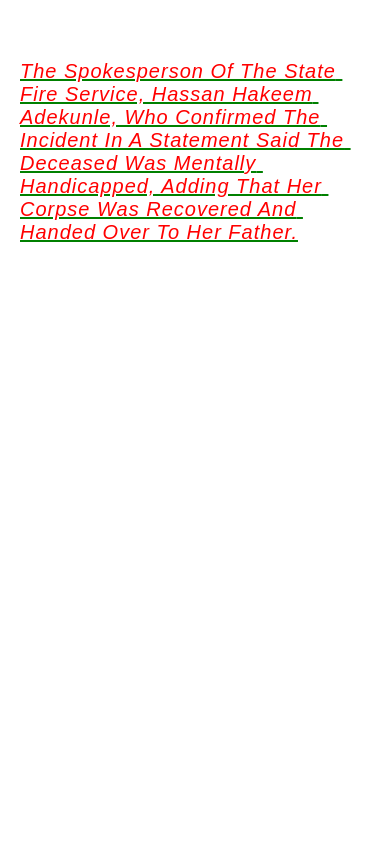
Repository: akinmiday/ReactNativeApp
Screen: /
An editor plug-in stored every save of this project. The screen is shown before and after the next save, followed by the edit.
The app was drawn by React Native's web renderer in a window 390 px wide. The project was rebuilt for these pictures with package versions that can differ from the ones it lists, and the page was loaded fresh each time.

Above is the screen before, as saved 2023-08-06 16:01:54.

After the next save:
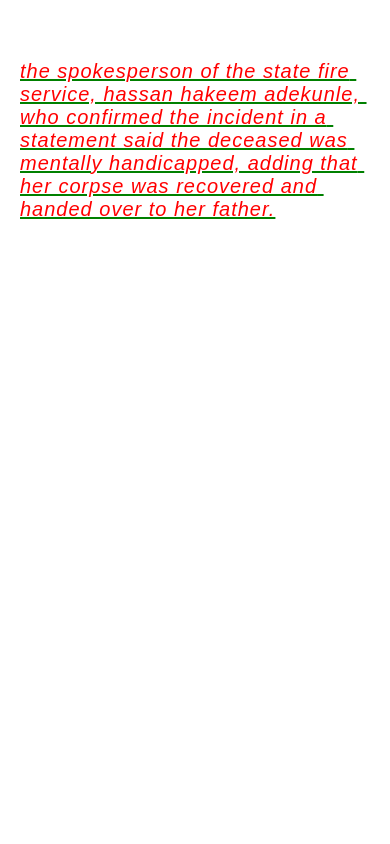
Saved 28 s later.
--- a/styles.js
+++ b/styles.js
@@ -24,7 +24,7 @@ const styles = StyleSheet.create({
     textAlign: "auto",
     textDecorationLine: "underline",
     textDecorationColor: "green",
-    textTransform: "capitalize",
+    textTransform: "lowerCase",
   },
   button: {
     backgroundColor: "yellow",
